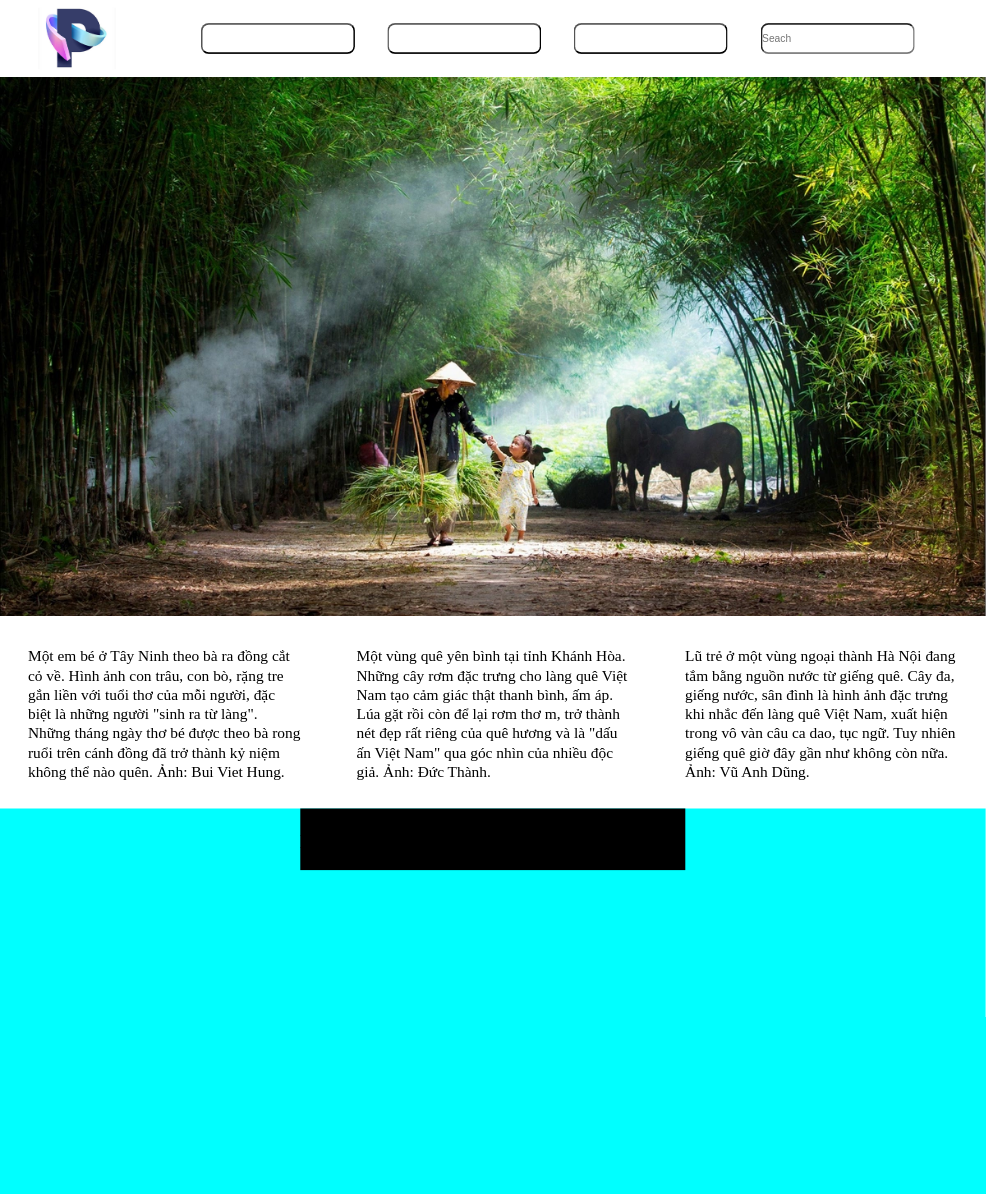
Repository: thinh909thinh/Thi
Page: index.html
An editor plug-in stored every save of this project. The page is shown before and after the next save, followed by the edit.
The browser window is 1280 px wide. The pictures show the whole page, at 77% of full size.

Above is the page before, as saved 2022-05-13 09:14:01.

### index.html
<!DOCTYPE html>
<html lang="en">
<head>
    <meta charset="UTF-8">
    <meta http-equiv="X-UA-Compatible" content="IE=edge">
    <meta name="viewport" content="width=device-width, initial-scale=1.0">
    <link rel="stylesheet" href="main.css">
    <title>Document</title>
</head>
<body>
    <header>
        <div class="img">
            <img src="./img/logo.jpg" alt="">
        </div>
        <div class="btn_s">
            <button></button>
            <button></button>
            <button></button>
            <input type="text" placeholder="Seach">
        </div>
    </header>
    <section>
        <div class="imgbg">
            <img src="./img/gb.webp" alt="">
        </div>
        <div class="all_text">
            <div class="text">
                <p>Một em bé ở Tây Ninh theo bà ra đồng cắt cỏ về.
                    Hình ảnh con trâu, con bò, rặng tre gắn liền với tuổi thơ của mỗi người,
                     đặc biệt là những người "sinh ra từ làng".
                     Những tháng ngày thơ bé được theo bà rong ruổi trên cánh
                     đồng đã trở thành kỷ niệm không thể nào quên. Ảnh: Bui Viet Hung.</p>
            </div>
            <div class="text">
                <p>
                    Một vùng quê yên bình tại tỉnh Khánh Hòa. Những cây rơm đặc trưng cho làng
                     quê Việt Nam tạo cảm giác thật thanh bình, ấm áp. Lúa gặt rồi còn để lại rơm thơ
                    m, trở thành nét đẹp rất riêng của quê hương và là "dấu ấn Việt Nam" qua
                    góc nhìn của nhiều độc giả. Ảnh: Đức Thành.
                </p>
            </div>
            <div class="text">
                <p>
                    Lũ trẻ ở một vùng ngoại thành Hà Nội đang tắm bằng nguồn nước từ giếng quê. Cây đa, giếng nước,
                     sân đình là hình ảnh đặc trưng khi nhắc đến làng quê Việt Nam,
                     xuất hiện trong vô vàn câu ca dao, tục ngữ. Tuy nhiên giếng quê giờ đây gần như không còn nữa. Ảnh: Vũ Anh Dũng.
                </p>
            </div>
        </div>
        <div class="main">
            <div class="h2">
                <h2>Bức họa đồng quê </h2>
            </div>
            <div class="card">
                <div class="card_top"></div>
                <div class="card_bot"></div>
            </div>
        </div>
    </section>
</body>
</html>

### main.css
*{
    padding: 0;
    margin: 0;
    box-sizing: border-box;
}
header{
    width: 100%;
    height: 100px;
    display: flex;
    justify-content: space-between;
    align-items: center;
}
.btn_s{
    width: 1200px;
    height: 100px;
    display: flex;
    justify-content: space-evenly;
    align-items: center;
    margin-right: 50px;

}
input{
    width: 200px;
    height: 40px;
    border-radius: 10px;
}
.img{
    width: 200px;
    height: 80px;
    margin-left: 50px;
}
.img img{
    width: 100px;
    height: 100%;
    object-fit: cover;
}
button{
    width: 200px;
    height: 40px;
    border-radius: 10px;
    cursor: pointer;
    background-color: white;

}
.imgbg{
    width: 100%;
    height: 700px;
}
.imgbg img{
    width: 100%;
    height: 100%;
    object-fit: cover;
}
.all_text{
    width: 100%;
    height: 250px;
    display: flex;
    justify-content: space-around;
    align-items: center;
}
.all_text .text{
    width: 30%;
    height: 200px;
}
.all_text .text p{
    font-size: 20px;
    line-height: 25px;
    padding: 15px;
}
.main{
    width: 100%;
    height: 500px;
    background-color: aqua;
}
.main .h2{
    width: 500px;
    height: 80px;
    background-color: black;
    margin: 0 auto;
    padding-top:30px ;
}

After the next save:
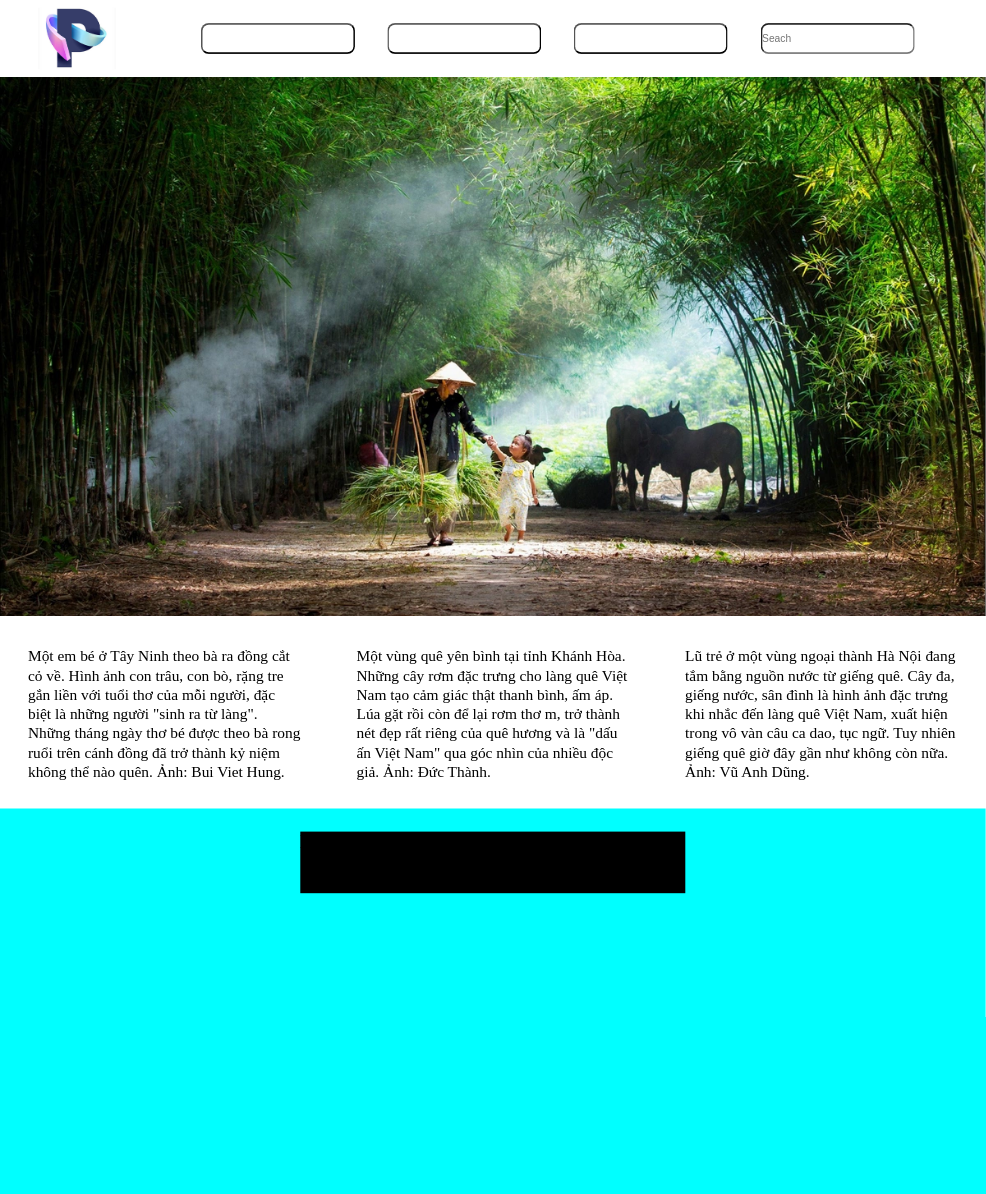
Saved 95 s later.
--- a/main.css
+++ b/main.css
@@ -71,11 +71,12 @@
     width: 100%;
     height: 500px;
     background-color: aqua;
+    padding-top:30px ;
 }
 .main .h2{
     width: 500px;
     height: 80px;
     background-color: black;
     margin: 0 auto;
-    padding-top:30px ;
+
 }
